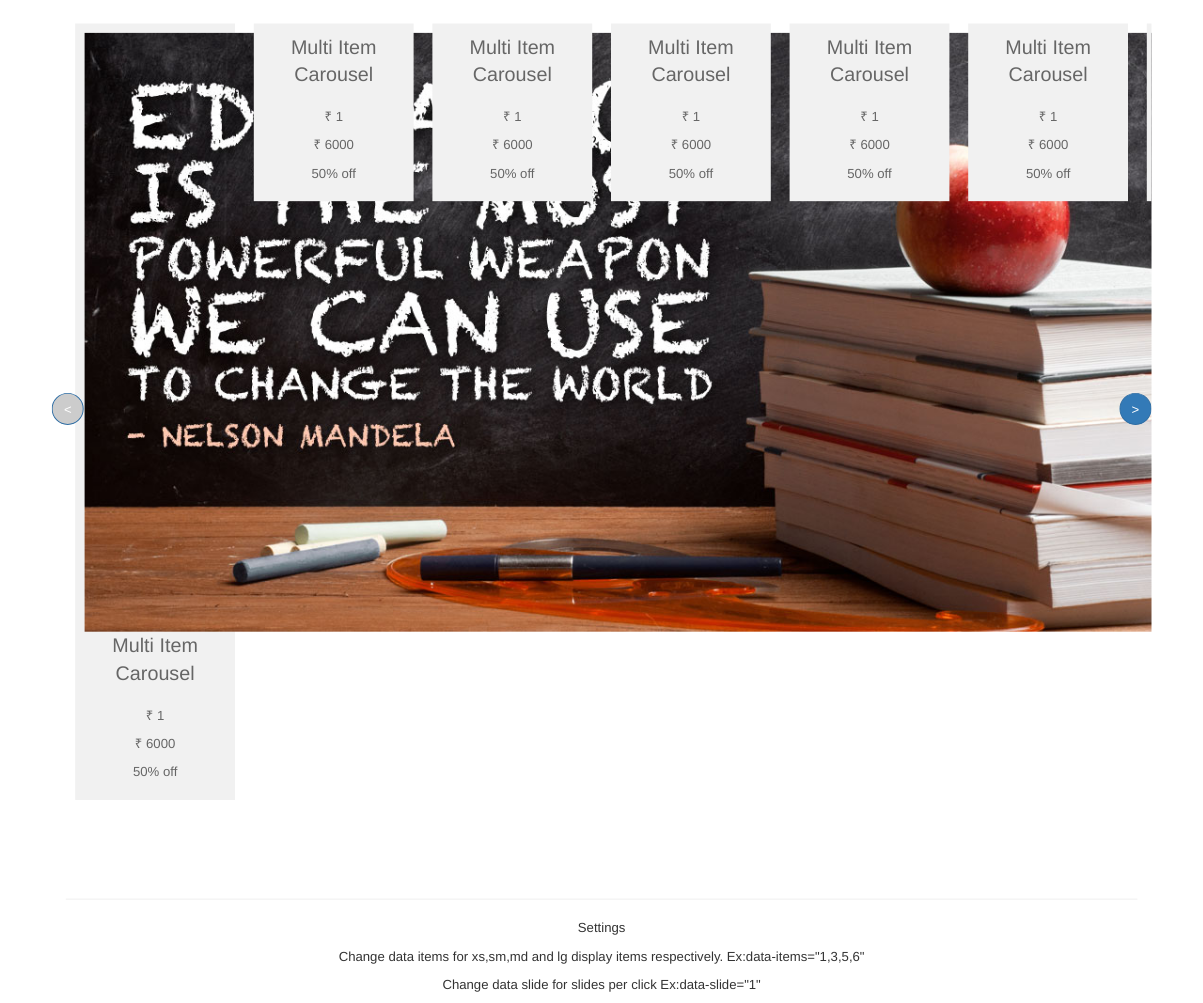
Repository: isranivishal/TsecCodestorm
Page: slider.html
These files come from the project's save history. The page is drawn as it stood at one moment and after the next save; the edit follows.
The browser window is 1280 px wide. The pictures show the whole page, at 94% of full size.
Some web libraries are served in a nearby version.

Above is the page before, as saved 2018-09-21 17:15:23.

After the next save:
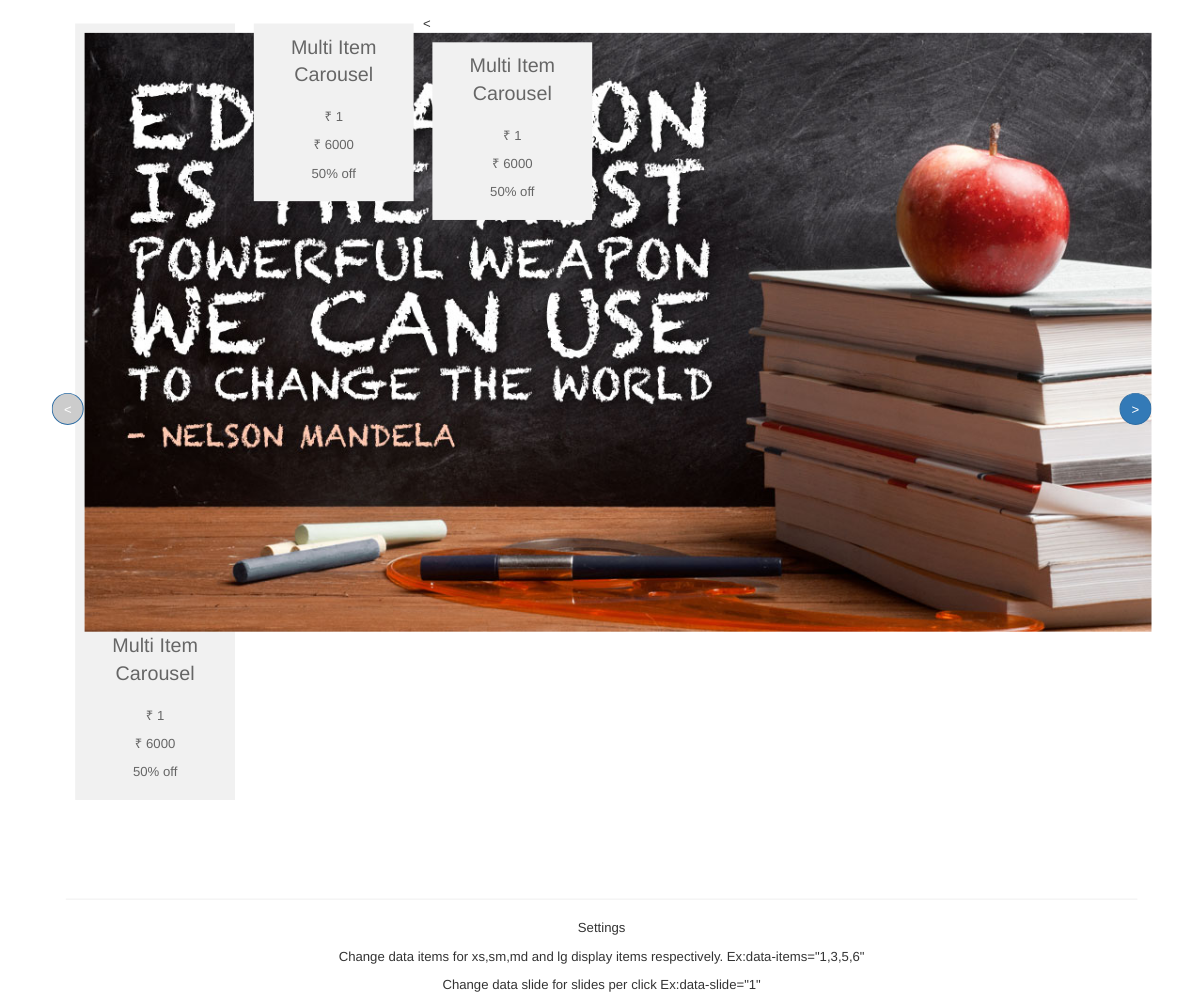
Saved 43 s later.
--- a/slider.html
+++ b/slider.html
@@ -148,110 +148,7 @@
                                         <p>50% off</p>
                                     </div>
                                 </div>
-                                <div class="item">
-                                    <div class="pad15">
-                                        <p class="lead">Multi Item Carousel</p>
-                                        <p>₹ 1</p>
-                                        <p>₹ 6000</p>
-                                        <p>50% off</p>
-                                    </div>
-                                </div>
-                                <div class="item">
-                                    <div class="pad15">
-                                        <p class="lead">Multi Item Carousel</p>
-                                        <p>₹ 1</p>
-                                        <p>₹ 6000</p>
-                                        <p>50% off</p>
-                                    </div>
-                                </div>
-                                <div class="item">
-                                    <div class="pad15">
-                                        <p class="lead">Multi Item Carousel</p>
-                                        <p>₹ 1</p>
-                                        <p>₹ 6000</p>
-                                        <p>50% off</p>
-                                    </div>
-                                </div>
-                                <div class="item">
-                                    <div class="pad15">
-                                        <p class="lead">Multi Item Carousel</p>
-                                        <p>₹ 1</p>
-                                        <p>₹ 6000</p>
-                                        <p>50% off</p>
-                                    </div>
-                                </div>
-                                <div class="item">
-                                    <div class="pad15">
-                                        <p class="lead">Multi Item Carousel</p>
-                                        <p>₹ 1</p>
-                                        <p>₹ 6000</p>
-                                        <p>50% off</p>
-                                    </div>
-                                </div>
-                                <div class="item">
-                                    <div class="pad15">
-                                        <p class="lead">Multi Item Carousel</p>
-                                        <p>₹ 1</p>
-                                        <p>₹ 6000</p>
-                                        <p>50% off</p>
-                                    </div>
-                                </div>
-                                <div class="item">
-                                    <div class="pad15">
-                                        <p class="lead">Multi Item Carousel</p>
-                                        <p>₹ 1</p>
-                                        <p>₹ 6000</p>
-                                        <p>50% off</p>
-                                    </div>
-                                </div>
-                                <div class="item">
-                                    <div class="pad15">
-                                        <p class="lead">Multi Item Carousel</p>
-                                        <p>₹ 1</p>
-                                        <p>₹ 6000</p>
-                                        <p>50% off</p>
-                                    </div>
-                                </div>
-                                <div class="item">
-                                    <div class="pad15">
-                                        <p class="lead">Multi Item Carousel</p>
-                                        <p>₹ 1</p>
-                                        <p>₹ 6000</p>
-                                        <p>50% off</p>
-                                    </div>
-                                </div>
-                                <div class="item">
-                                    <div class="pad15">
-                                        <p class="lead">Multi Item Carousel</p>
-                                        <p>₹ 1</p>
-                                        <p>₹ 6000</p>
-                                        <p>50% off</p>
-                                    </div>
-                                </div>
-                                <div class="item">
-                                    <div class="pad15">
-                                        <p class="lead">Multi Item Carousel</p>
-                                        <p>₹ 1</p>
-                                        <p>₹ 6000</p>
-                                        <p>50% off</p>
-                                    </div>
-                                </div>
-                                <div class="item">
-                                    <div class="pad15">
-                                        <p class="lead">Multi Item Carousel</p>
-                                        <p>₹ 1</p>
-                                        <p>₹ 6000</p>
-                                        <p>50% off</p>
-                                    </div>
-                                </div>
-                                <div class="item">
-                                    <div class="pad15">
-                                        <p class="lead">Multi Item Carousel</p>
-                                        <p>₹ 1</p>
-                                        <p>₹ 6000</p>
-                                        <p>50% off</p>
-                                    </div>
-                                </div>
+                                <
                                 <div class="item">
                                     <div class="pad15">
                                         <p class="lead">Multi Item Carousel</p>
